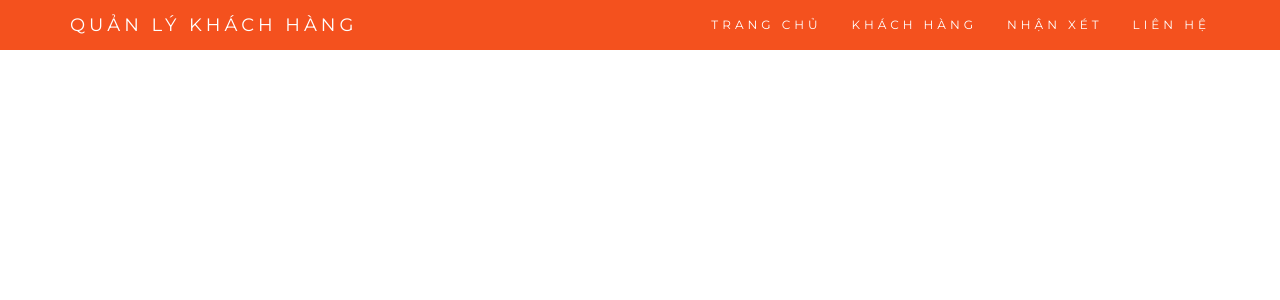
Repository: huutien1904/bt2-ltw
Page: index.html
An editor plug-in stored every save of this project. The page is shown before and after the next save, followed by the edit.
The browser window is 1280 px wide. The pictures show the whole page.

Above is the page before, as saved 2021-11-03 01:19:39.

### index.html
<!DOCTYPE html>
<html lang="en">
<head>
    <meta charset="UTF-8">
    <meta http-equiv="X-UA-Compatible" content="IE=edge">
    <meta name="viewport" content="width=device-width, initial-scale=1.0">
    <title>Quản Lý Khách Hàng</title>
    <link rel="stylesheet" href="https://maxcdn.bootstrapcdn.com/bootstrap/3.4.1/css/bootstrap.min.css">
    <link href="https://fonts.googleapis.com/css?family=Montserrat" rel="stylesheet" type="text/css">
    <link href="https://fonts.googleapis.com/css?family=Lato" rel="stylesheet" type="text/css">
    <!-- style -->
    <link rel="stylesheet" href="./style.css">
    <!-- font roboto -->
    <link rel="preconnect" href="https://fonts.googleapis.com">
    <link rel="preconnect" href="https://fonts.gstatic.com" crossorigin>
    <link href="https://fonts.googleapis.com/css2?family=Roboto:ital,wght@0,300;0,400;0,500;0,700;0,900;1,700&display=swap" rel="stylesheet">
    <!-- javacript boostrap -->
    <script src="https://ajax.googleapis.com/ajax/libs/jquery/3.5.1/jquery.min.js"></script>
    <script src="https://maxcdn.bootstrapcdn.com/bootstrap/3.4.1/js/bootstrap.min.js"></script>
</head>
<body>
    <nav class="navbar navbar-default navbar-fixed-top">
        <div class="container">
          <div class="navbar-header">
            <a class="navbar-brand" href="#myPage">QUẢN LÝ KHÁCH HÀNG</a>
          </div>
          <div class="collapse navbar-collapse" id="myNavbar">
            <ul class="nav navbar-nav navbar-right">
              <li><a href="#about">TRANG CHỦ</a></li>
              <li><a href="#services">KHÁCH HÀNG</a></li>
              <li><a href="#pricing">NHẬN XÉT</a></li>
              <li><a href="#contact">LIÊN HỆ</a></li>
            </ul>
          </div>
        </div>
    </nav>
</body>
</html>

### style.css
body {
    font: 400 15px Lato, sans-serif;
    line-height: 1.8;
    color: #818181;
    font-family: 'Roboto', sans-serif;
  }
  h2 {
    font-size: 24px;
    text-transform: uppercase;
    color: #303030;
    font-weight: 600;
    margin-bottom: 30px;
  }
  h4 {
    font-size: 19px;
    line-height: 1.375em;
    color: #303030;
    font-weight: 400;
    margin-bottom: 30px;
  }
  .jumbotron {
    background-color: #f4511e;
    color: #fff;
    padding: 100px 25px;
    font-family: Montserrat, sans-serif;
  }
  .container-fluid {
    padding: 60px 50px;
  }
  .bg-grey {
    background-color: #f6f6f6;
  }
  .logo-small {
    color: #f4511e;
    font-size: 50px;
  }
  .logo {
    color: #f4511e;
    font-size: 200px;
  }
  .thumbnail {
    padding: 0 0 15px 0;
    border: none;
    border-radius: 0;
  }
  .thumbnail img {
    width: 100%;
    height: 100%;
    margin-bottom: 10px;
  }
  .carousel-control.right, .carousel-control.left {
    background-image: none;
    color: #f4511e;
  }
  .carousel-indicators li {
    border-color: #f4511e;
  }
  .carousel-indicators li.active {
    background-color: #f4511e;
  }
  .item h4 {
    font-size: 19px;
    line-height: 1.375em;
    font-weight: 400;
    font-style: italic;
    margin: 70px 0;
  }
  .item span {
    font-style: normal;
  }
  .panel {
    border: 1px solid #f4511e;
    border-radius:0 !important;
    transition: box-shadow 0.5s;
  }
  .panel:hover {
    box-shadow: 5px 0px 40px rgba(0,0,0, .2);
  }
  .panel-footer .btn:hover {
    border: 1px solid #f4511e;
    background-color: #fff !important;
    color: #f4511e;
  }
  .panel-heading {
    color: #fff !important;
    background-color: #f4511e !important;
    padding: 25px;
    border-bottom: 1px solid transparent;
    border-top-left-radius: 0px;
    border-top-right-radius: 0px;
    border-bottom-left-radius: 0px;
    border-bottom-right-radius: 0px;
  }
  .panel-footer {
    background-color: white !important;
  }
  .panel-footer h3 {
    font-size: 32px;
  }
  .panel-footer h4 {
    color: #aaa;
    font-size: 14px;
  }
  .panel-footer .btn {
    margin: 15px 0;
    background-color: #f4511e;
    color: #fff;
  }
  .navbar {
    margin-bottom: 0;
    background-color: #f4511e;
    z-index: 9999;
    border: 0;
    font-size: 12px !important;
    line-height: 1.42857143 !important;
    letter-spacing: 4px;
    border-radius: 0;
    font-family: Montserrat, sans-serif;
  }
  .navbar li a, .navbar .navbar-brand {
    color: #fff !important;
  }
  .navbar-nav li a:hover, .navbar-nav li.active a {
    color: #f4511e !important;
    background-color: #fff !important;
  }
  .navbar-default .navbar-toggle {
    border-color: transparent;
    color: #fff !important;
  }
  footer .glyphicon {
    font-size: 20px;
    margin-bottom: 20px;
    color: #f4511e;
  }
  .slideanim {visibility:hidden;}
  .slide {
    animation-name: slide;
    -webkit-animation-name: slide;
    animation-duration: 1s;
    -webkit-animation-duration: 1s;
    visibility: visible;
  }
  @keyframes slide {
    0% {
      opacity: 0;
      transform: translateY(70%);
    }
    100% {
      opacity: 1;
      transform: translateY(0%);
    }
  }
  @-webkit-keyframes slide {
    0% {
      opacity: 0;
      -webkit-transform: translateY(70%);
    }
    100% {
      opacity: 1;
      -webkit-transform: translateY(0%);
    }
  }
  @media screen and (max-width: 768px) {
    .col-sm-4 {
      text-align: center;
      margin: 25px 0;
    }
    .btn-lg {
      width: 100%;
      margin-bottom: 35px;
    }
  }
  @media screen and (max-width: 480px) {
    .logo {
      font-size: 150px;
    }
  }

After the next save:
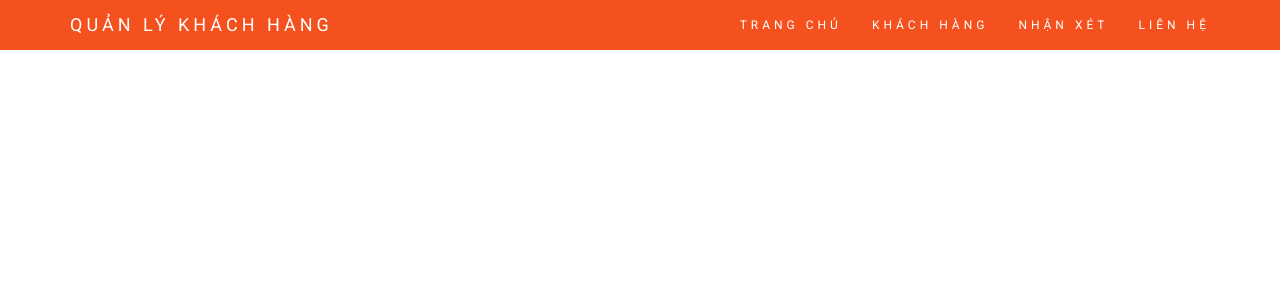
Saved 34 s later.
--- a/style.css
+++ b/style.css
@@ -1,8 +1,11 @@
+*{
+  font-family: 'Roboto', sans-serif;
+}
 body {
     font: 400 15px Lato, sans-serif;
     line-height: 1.8;
     color: #818181;
-    font-family: 'Roboto', sans-serif;
+
   }
   h2 {
     font-size: 24px;
